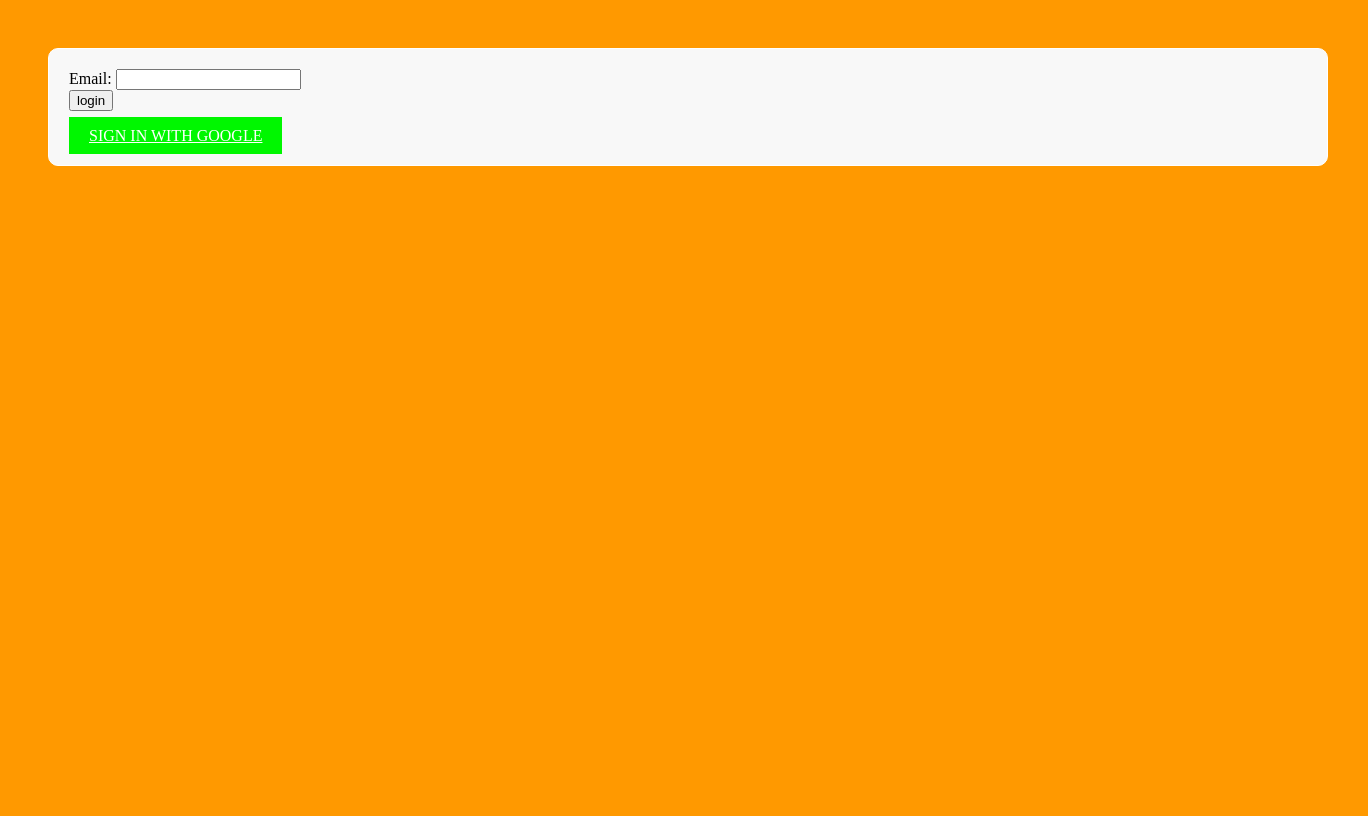
Repository: TharanyaM/Adaptavant--project
Page: Project/war/index.html
These files come from the project's save history. The page is drawn as it stood at one moment and after the next save; the edit follows.
The browser window is 1280 px wide. The page is 1368 px wide, so the pictures cover 1368 px, including what lies to the right of the window. The pictures show the whole page.

Above is the page before, as saved 2015-10-23 20:55:52.

After the next save:
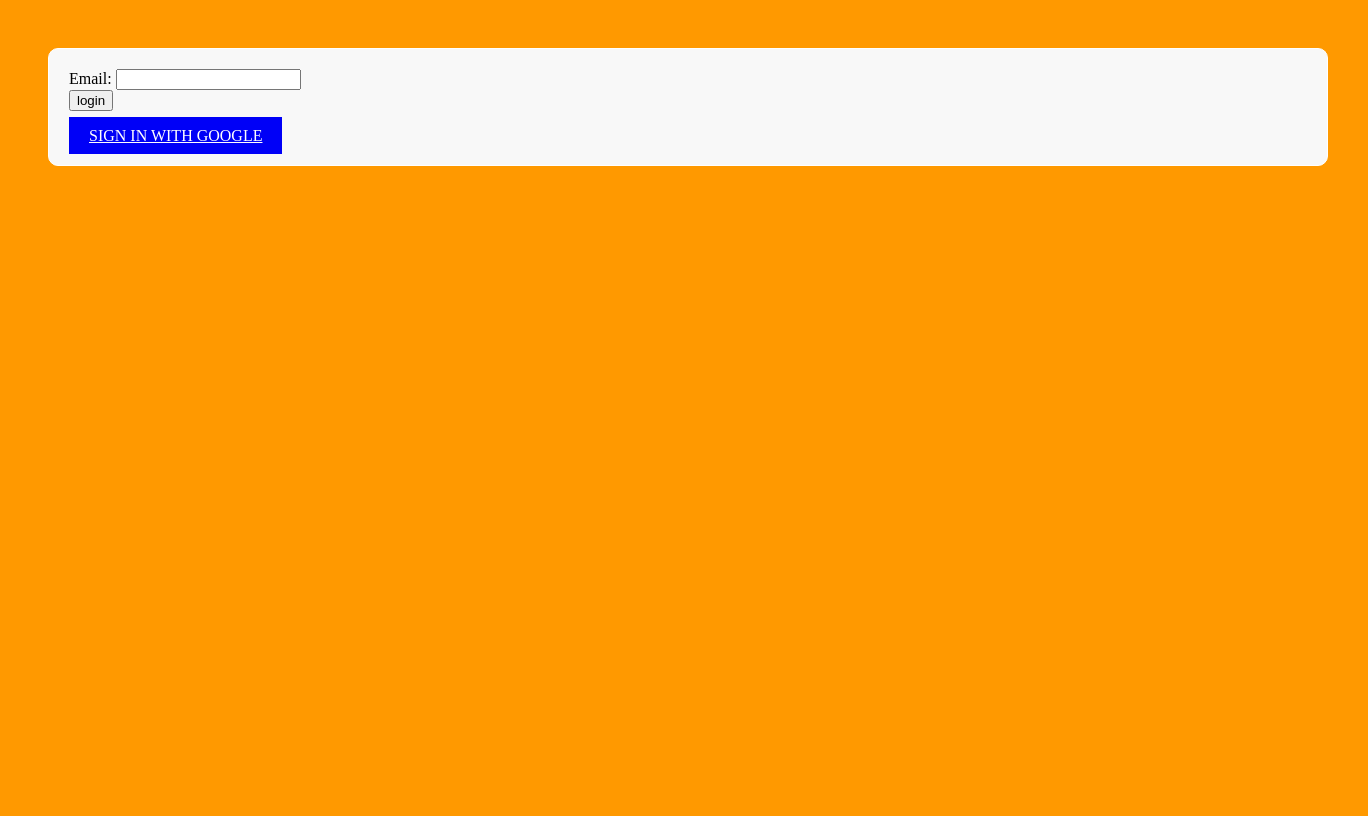
Saved 19 s later.
--- a/Project/war/style/style.css
+++ b/Project/war/style/style.css
@@ -21,5 +21,5 @@ div.login-container a.signin
 	padding-left:20px;
 	padding-right:20px;
 	color:#fff;
-	background-color:#00f700;
+	background-color:#0000f7;
 }
